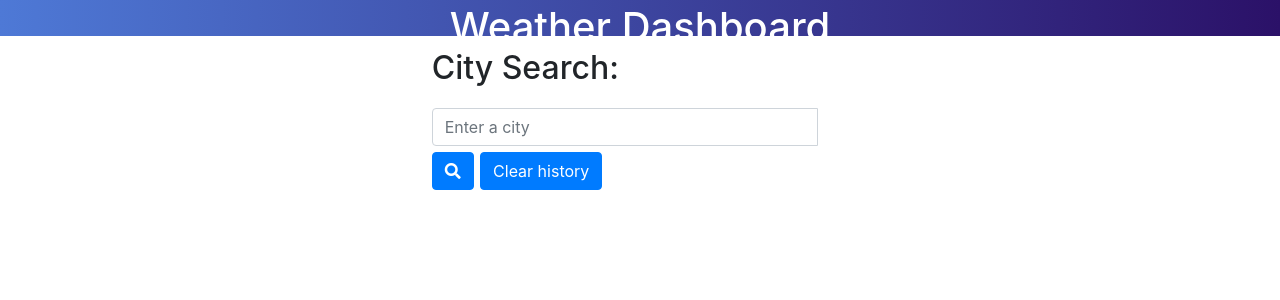
Repository: brenhamp/weather-dashboard
Page: index.html
The author's editor kept a copy of each file at every save. The page is drawn from the files as they stood at one save, then again after the next save.
The browser window is 1280 px wide. The pictures show the whole page.
Some web libraries are served in a nearby version.

Above is the page before, as saved 2021-12-12 21:25:06.

After the next save:
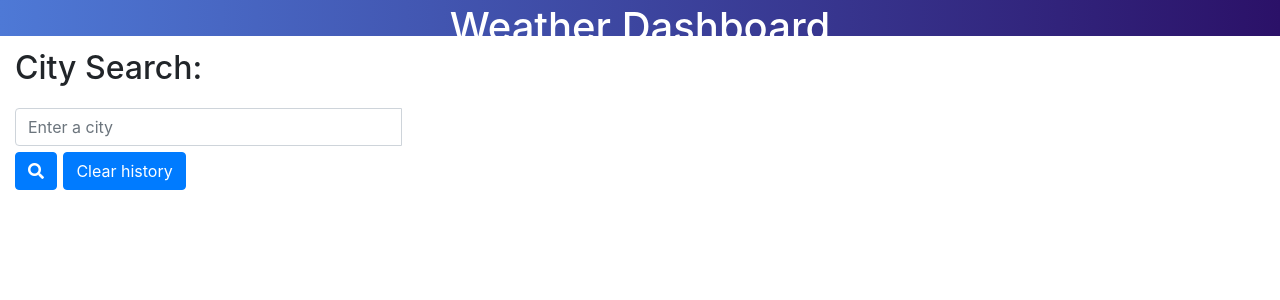
Saved 55 s later.
--- a/assets/css/style.css
+++ b/assets/css/style.css
@@ -21,7 +21,7 @@
 }
 
 .row {
-    justify-content: space-around;
+    justify-content: space-between;
 }
 
 p {
@@ -39,6 +39,6 @@
 .forecast {
     padding: .25vw;
     background-color:rgb(57, 57, 168);
-    height: 200px;
+    height: 15vw;
     width: 15%;
 }

After the 2 saves that followed:
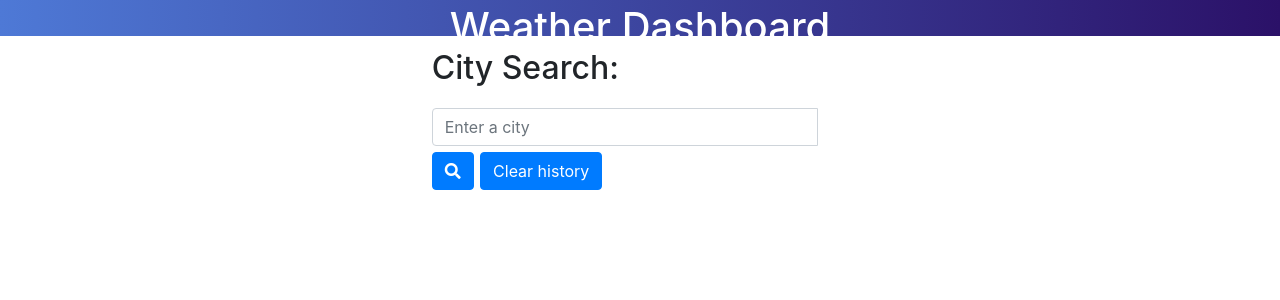
The 2 saves are shown as one change because 1 left the picture as it was.
The last was saved 89 s later.
--- a/assets/css/style.css
+++ b/assets/css/style.css
@@ -21,7 +21,7 @@
 }
 
 .row {
-    justify-content: space-between;
+    justify-content: space-around;
 }
 
 p {
@@ -39,6 +39,6 @@
 .forecast {
     padding: .25vw;
     background-color:rgb(57, 57, 168);
-    height: 15vw;
+    height: 18vh;
     width: 15%;
 }
